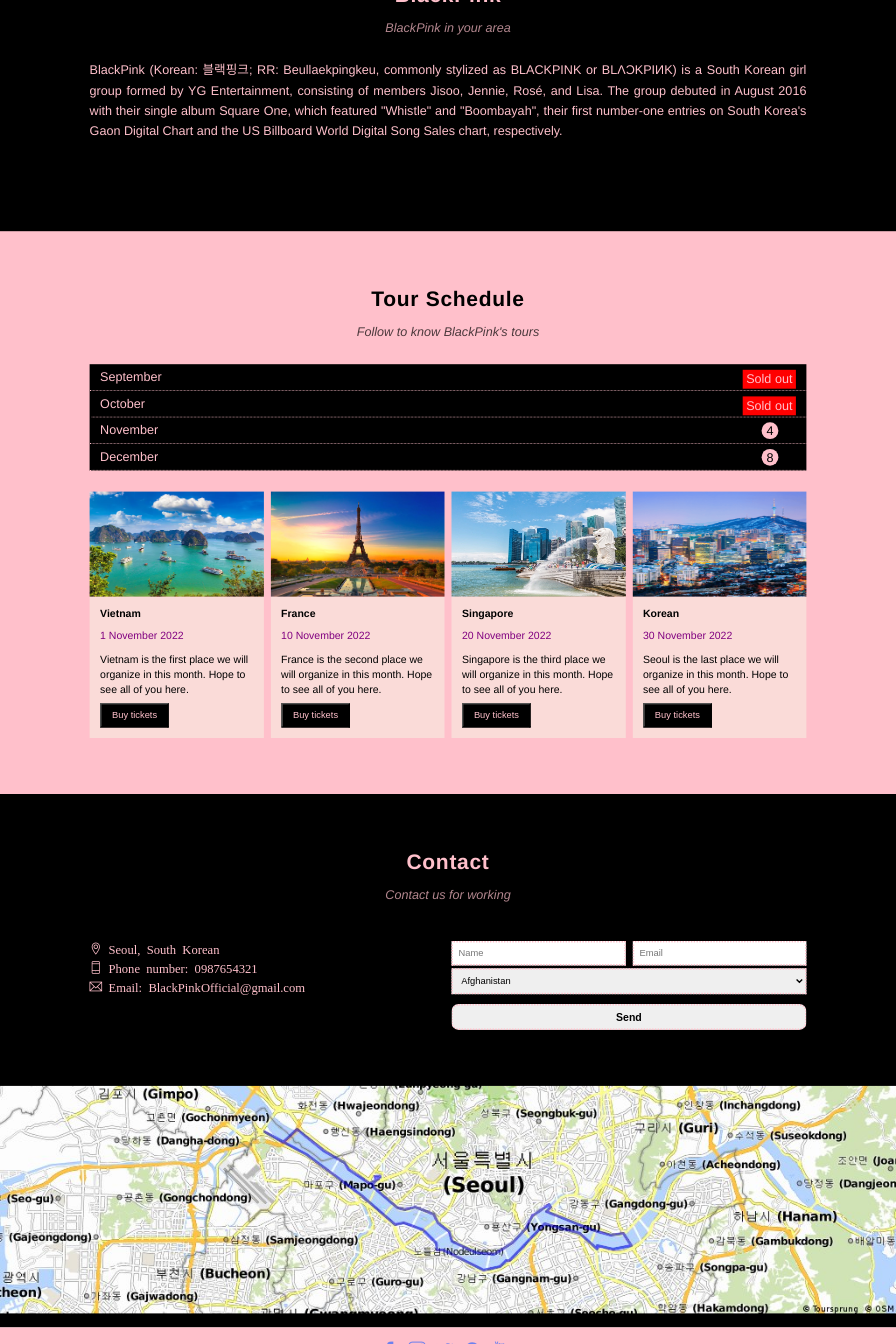
Repository: harrycricket/Blackpink_Band_Deploy
Page: index.html
An editor plug-in stored every save of this project. The page is shown before and after the next save, followed by the edit.
The browser window is 1280 px wide. The pictures show the part of the page from y = 1016 to 2936 px (the page is 3024 px tall before and 3310 px after), at 70% of full size.

Above is the page before, as saved 2023-03-25 15:52:23.

After the next save:
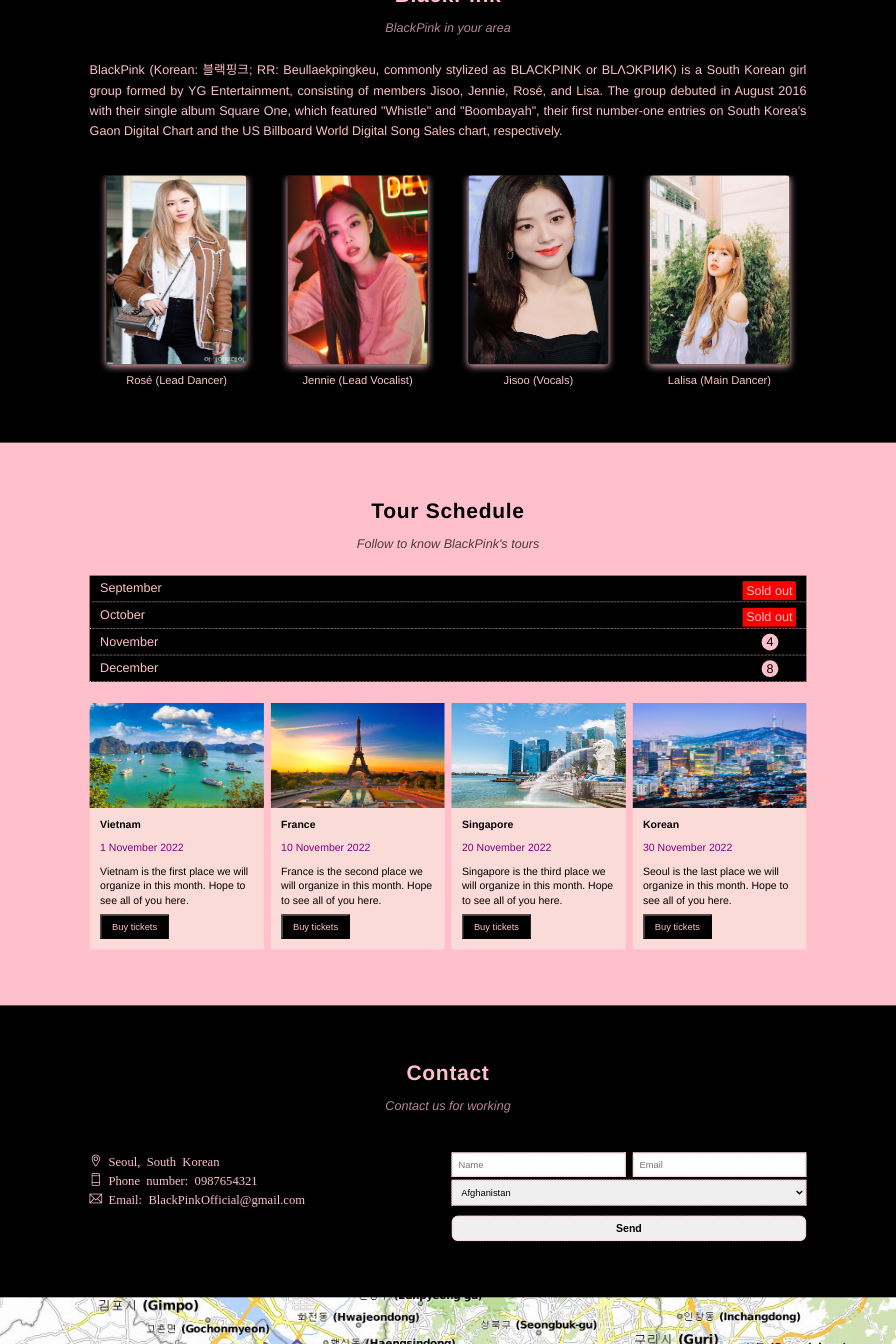
Saved 29 s later.
--- a/index.html
+++ b/index.html
@@ -64,7 +64,33 @@
                 </p>
 
                 <div class="member-team">
-
+                    <div class="row">
+                        <div class="column column-quarter text-center">
+                            <img src="./assets/img/member/Rosé.jpg" alt="Rosé image" class="member-image">
+                            <p><a target="_blank" href="https://en.wikipedia.org/wiki/Ros%C3%A9_(singer)"
+                                    class="member-name">Rosé (Lead
+                                    Dancer)</a></p>
+                        </div>
+
+                        <div class="column column-quarter text-center">
+                            <img src="./assets/img/member/Jennie.jpg" alt="Jennie image" class="member-image">
+                            <p><a target="_blank" href="https://en.wikipedia.org/wiki/Jennie_(singer)"
+                                    class="member-name">Jennie (Lead
+                                    Vocalist)</a></p>
+                        </div>
+
+                        <div class="column column-quarter text-center">
+                            <img src="./assets/img/member/Jisoo.jpg" alt="Jisoo image" class="member-image">
+                            <p><a target="_blank" href="https://en.wikipedia.org/wiki/Jisoo" class="member-name">Jisoo
+                                    (Vocals)</a></p>
+                        </div>
+
+                        <div class="column column-quarter text-center">
+                            <img src="./assets/img/member/Lalisa.jpg" alt="Lalisa image" class="member-image">
+                            <p><a target="_blank" href="https://en.wikipedia.org/wiki/Lisa_(rapper)"
+                                    class="member-name">Lalisa (Main Dancer)</a></p>
+                        </div>
+                    </div>
 
                     <div class="clear"></div>
                 </div>
